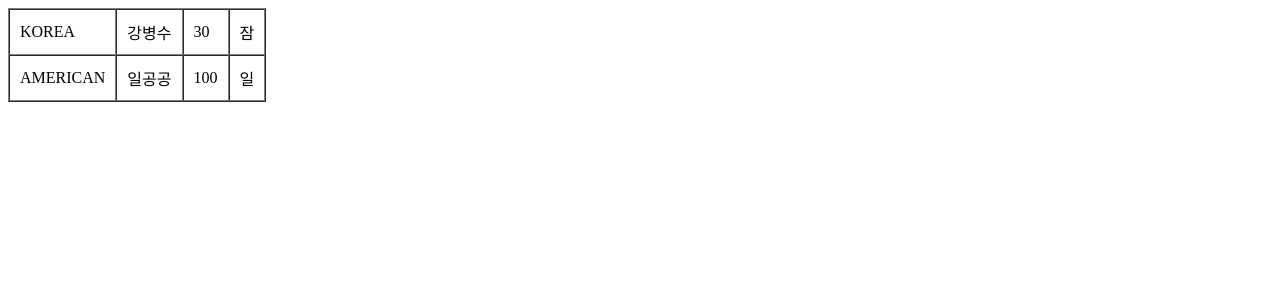
Repository: Rua1006/JSP
Page: http://localhost/practice02/04.ExpressionOREL.jsp
An editor plug-in stored every save of this project. The page is shown before and after a run of saves, followed by the edit.
The browser window is 1280 px wide. The pictures show the whole page.
The page is served by Tomcat 9.

Above is the page before, as saved 2022-11-10 03:10:25.

After the next 7 saves:
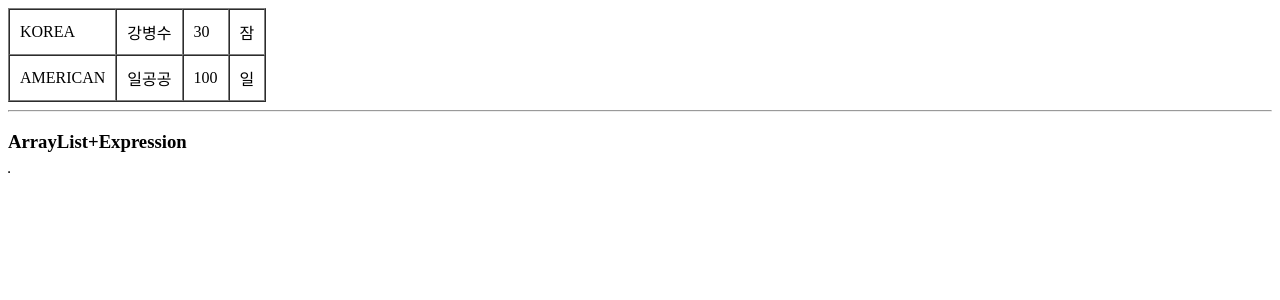
The 7 saves are shown as one change because 3 did not build or start and some came seconds apart.
The last was saved 9 min 27 s later.
--- a/practice02/WebContent/04.ExpressionOREL.jsp
+++ b/practice02/WebContent/04.ExpressionOREL.jsp
@@ -56,5 +56,17 @@
 	}
 %>
 </table>
+<hr>
+<h3>ArrayList+Expression</h3>
+<table border="1" cellpadding="10" cellspacing="0">
+<%
+	for(int i=0; i<hList.size(); i++){
+		Human human = hList.get(i);
+
+%>
+
+<%
+	}
+%>
 </body>
 </html>
